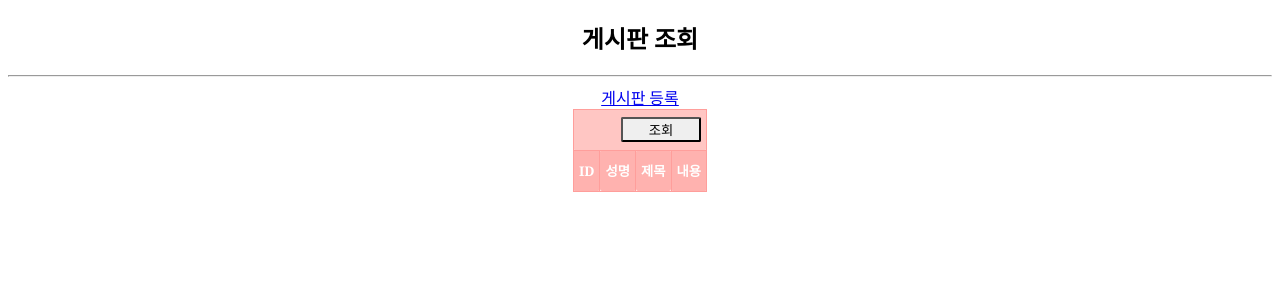
Repository: kwackchaelim/smyproject
Page: http://localhost/smyboarddemo/boarddemo/smyboard_list.jsp
The author's editor kept a copy of each file at every save. The page is drawn from the files as they stood at one save, then again after the next save.
The browser window is 1280 px wide. The pictures show the whole page.
The page is served by Tomcat 9.

Above is the page before, as saved 2019-10-16 19:57:29.

After the next save:
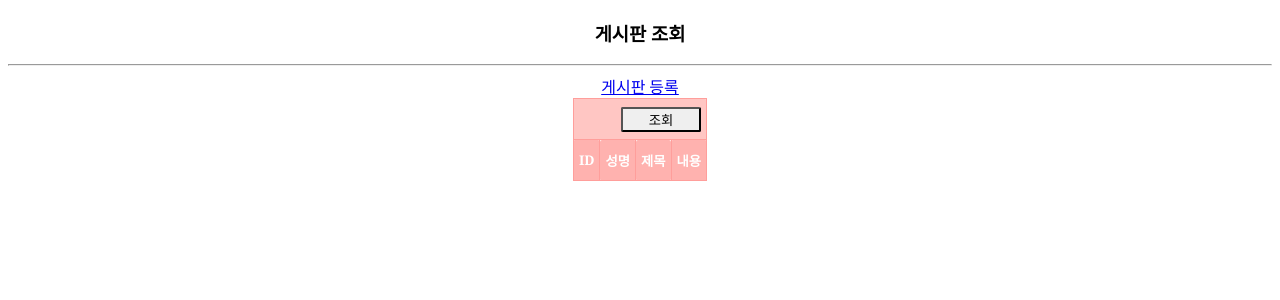
Saved 42 s later.
--- a/board/smyboarddemo/WebContent/boarddemo/smyboard_list.jsp
+++ b/board/smyboarddemo/WebContent/boarddemo/smyboard_list.jsp
@@ -53,11 +53,10 @@
 
 <body>
 	<div align=center>
-	<H2>게시판 조회</H2>
+	<H3>게시판 조회</H3>
 	<HR>
 	<a href="smyboard_control.jsp?action=add">게시판 등록</a><BR>
 
-	<!-- 게시판 목록 조회폼 -->
 	<form name="form1" method="post" action="smyboard_control.jsp">
 		<input type="hidden" name="action" value="list">
 		<input type="hidden" name="id" value=0>
@@ -77,7 +76,6 @@
 			<%
 				if(boardList != null) {
 
-						// boardList 변수 List 반복처리
 						for(smyboardDTO smyboardDTO : (ArrayList<smyboardDTO>) boardList) {
 			%>
 						<tr>
